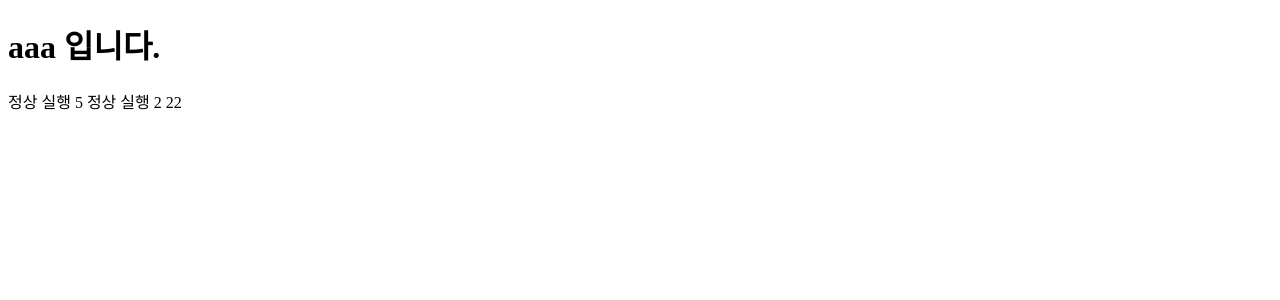
Repository: Jamikidu/newJsp
Page: http://localhost/jspProj/err/aaa.jsp
The author's editor kept a copy of each file at every save. The page is drawn from the files as they stood at one save, then again after the next save.
The browser window is 1280 px wide. The pictures show the whole page.
The page is served by Tomcat 9. Nobody is signed in. The application's start-up code is not run.

Above is the page before, as saved 2023-07-26 01:10:12.

After the next save:
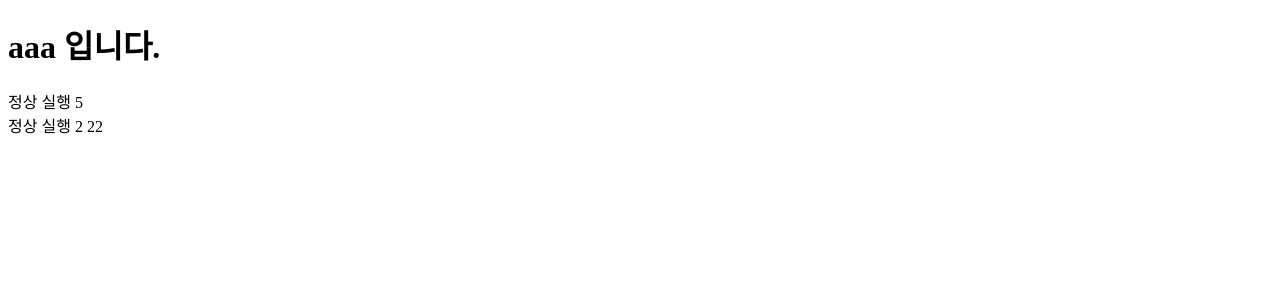
Saved 26 s later.
--- a/jspProj/src/main/webapp/err/aaa.jsp
+++ b/jspProj/src/main/webapp/err/aaa.jsp
@@ -12,7 +12,7 @@
 try{
 	int a = 10/2;
 
-	out.println("정상 실행 " + a);
+	out.println("정상 실행 " + a + "<br/>");
 
 	int [] arr = {11, 22, 33 ,44};
 
